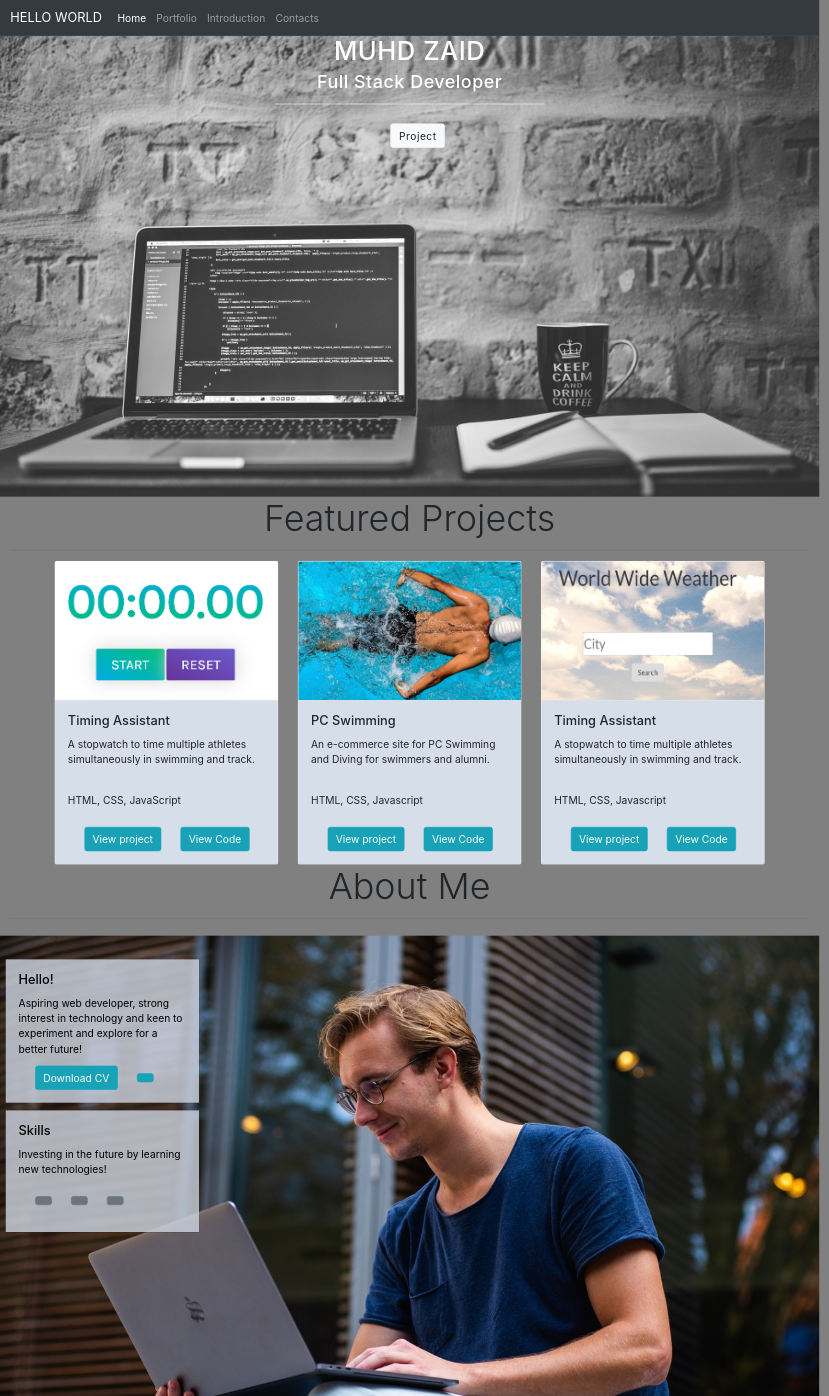
Repository: Code-Institute-Submissions/Zaidcoll-Project1
Page: index.html
The author's editor kept a record of every edit. The page is drawn from the files as they stood at one moment, then again after the next edit.
The browser window is 1280 px wide. The page is 1295 px wide, so the pictures cover 1295 px, including what lies to the right of the window. The pictures show the whole page, at 64% of full size.
Some web libraries are served in a nearby version.

Above is the page before.

After the next edit:
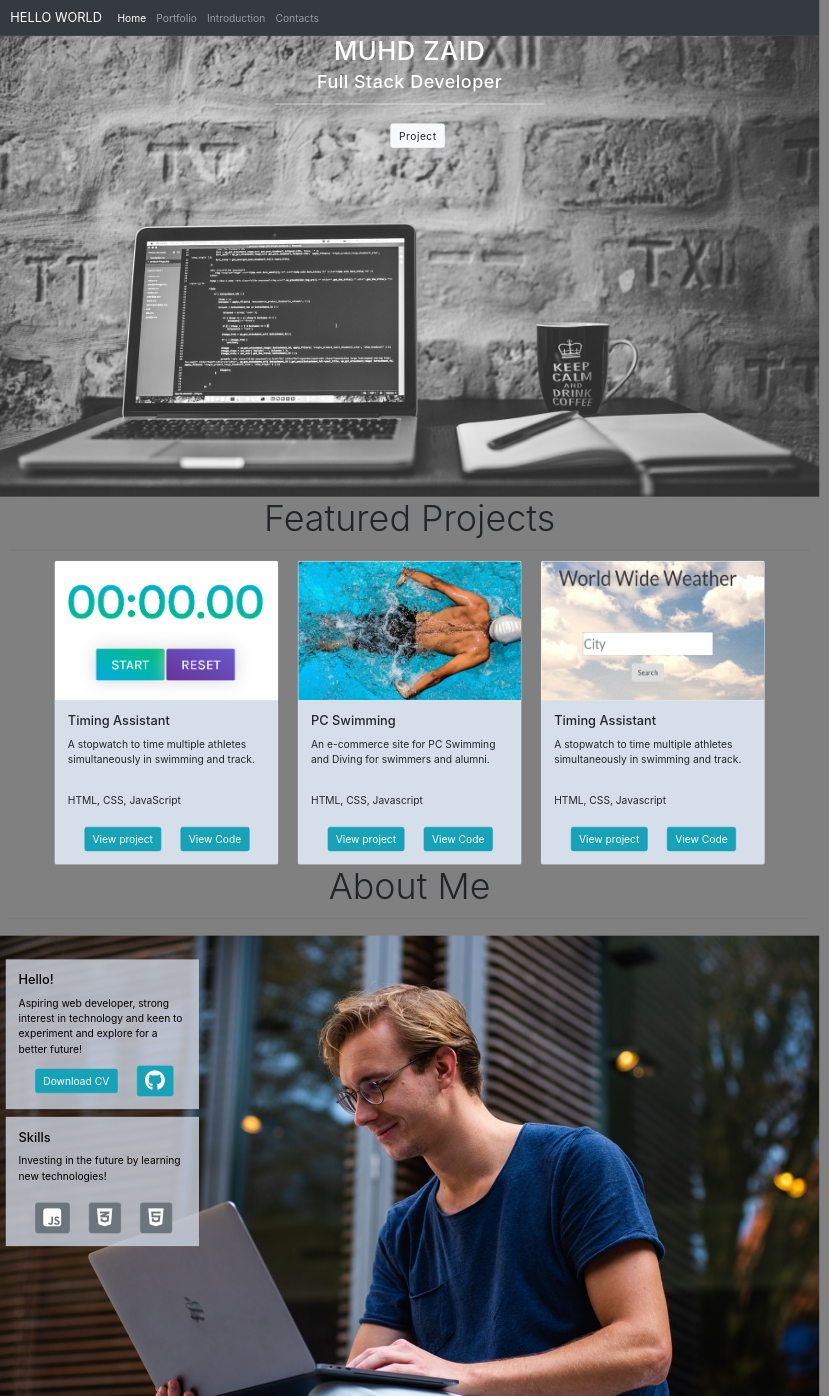
The edit:
--- a/index.html
+++ b/index.html
@@ -136,7 +136,7 @@
     </div>
   </div>
 
-
+    <script src="https://kit.fontawesome.com/ce1f594b7c.js"></script>
     <script src="https://code.jquery.com/jquery-3.3.1.slim.min.js" integrity="sha384-q8i/X+965DzO0rT7abK41JStQIAqVgRVzpbzo5smXKp4YfRvH+8abtTE1Pi6jizo" crossorigin="anonymous"></script>
     <script src="https://cdnjs.cloudflare.com/ajax/libs/popper.js/1.14.7/umd/popper.min.js" integrity="sha384-UO2eT0CpHqdSJQ6hJty5KVphtPhzWj9WO1clHTMGa3JDZwrnQq4sF86dIHNDz0W1" crossorigin="anonymous"></script>
     <script src="https://stackpath.bootstrapcdn.com/bootstrap/4.3.1/js/bootstrap.min.js" integrity="sha384-JjSmVgyd0p3pXB1rRibZUAYoIIy6OrQ6VrjIEaFf/nJGzIxFDsf4x0xIM+B07jRM" crossorigin="anonymous"></script>
